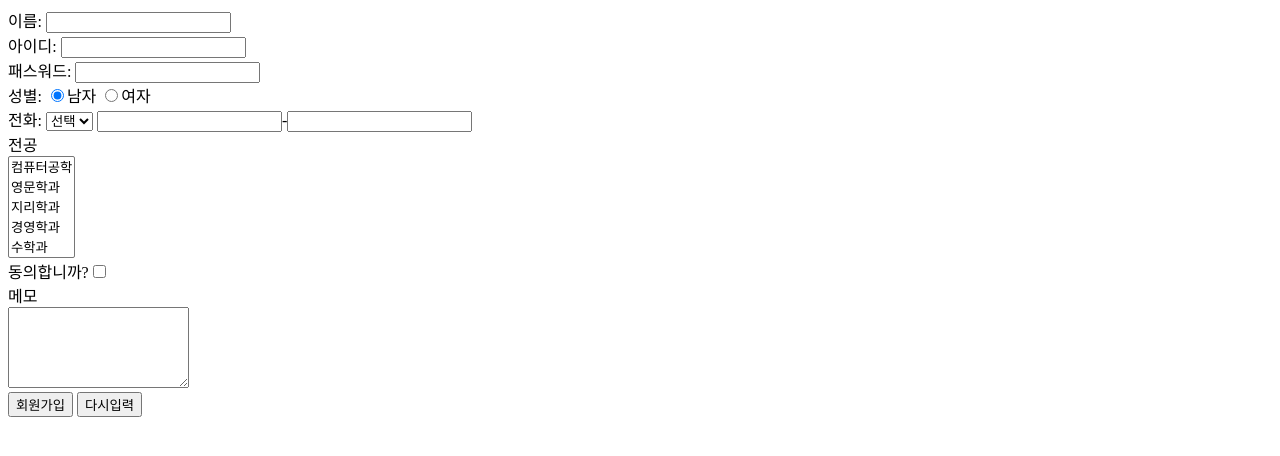
Repository: o3orr/jsp_study
Page: http://localhost/web-study-02/form.jsp
An editor plug-in stored every save of this project. The page is shown before and after the next save, followed by the edit.
The browser window is 1280 px wide. The pictures show the whole page.
The page is served by Tomcat 9. Other server files are loaded and not shown.

Above is the page before, as saved 2024-02-28 03:21:20.

### web-study-02/src/main/webapp/form.jsp
<%@ page language="java" contentType="text/html; charset=UTF-8"
    pageEncoding="UTF-8"%>
<!DOCTYPE html>
<html>
<head>
<meta charset="UTF-8">
<title>Insert title here</title>
</head>
<body>

<form action="Test.java" method="post" name="myForm">

이름: <input type="text" name="name"/><br>
아이디: <input type="text" name="id"/><br>
패스워드: <input type="password" name="pwd"/><br>
성별: <input type="radio" name="gender" checked="checked" value="M">남자
<input type="radio" name="gender" value="F"/>여자<br>
전화:
<select name="tel1">
<option value="">선택</option>
<option value="011">011</option>
<option value="010">010</option>
<option value="070">070</option>
</select>
<input type="text" name="tel2"/>-<input type="text" name="tel3"/><br>

전공<br/>
<select name="major" multiple="multiple" size="5">
<option value="컴퓨터공학">컴퓨터공학</option>
<option value="영문학과">영문학과</option>
<option value="지리학과">지리학과</option>
<option value="경영학과">경영학과</option>
<option value="수학과">수학과</option>
</select>
<br>

동의합니까?<input type="checkbox" name="agree" value="y"/><br>
메모<br>
<textarea rows="5" cols="20" name="memo"></textarea><br>

<input type="button" value="회원가입" onclick="sendIt();"/>
<input type="reset" value="다시입력"/>



</form>

</body>
</html>

After the next save:
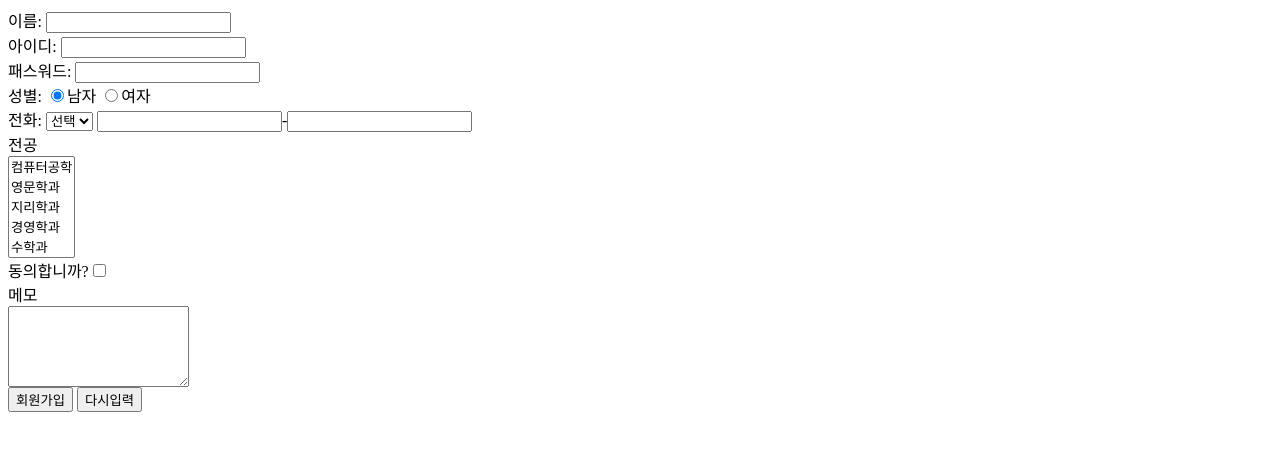
Saved 110 s later.
--- a/web-study-02/src/main/webapp/form.jsp
+++ b/web-study-02/src/main/webapp/form.jsp
@@ -1,10 +1,20 @@
 <%@ page language="java" contentType="text/html; charset=UTF-8"
     pageEncoding="UTF-8"%>
-<!DOCTYPE html>
+<!DOCTYPE html PUBLIC "-//W3C//DTD HTML 4.01 Transitional//EN" "http://www.w3.org/TR/html4/loose.dtd">
 <html>
 <head>
-<meta charset="UTF-8">
+<meta http-equiv="Content-Type" content="text/html; charset=UTF-8">
+
 <title>Insert title here</title>
+
+<script type="text/javascript">
+
+	function sendIt() {
+
+		var f = document.myForm;
+	}
+
+</script>
 </head>
 <body>
 
